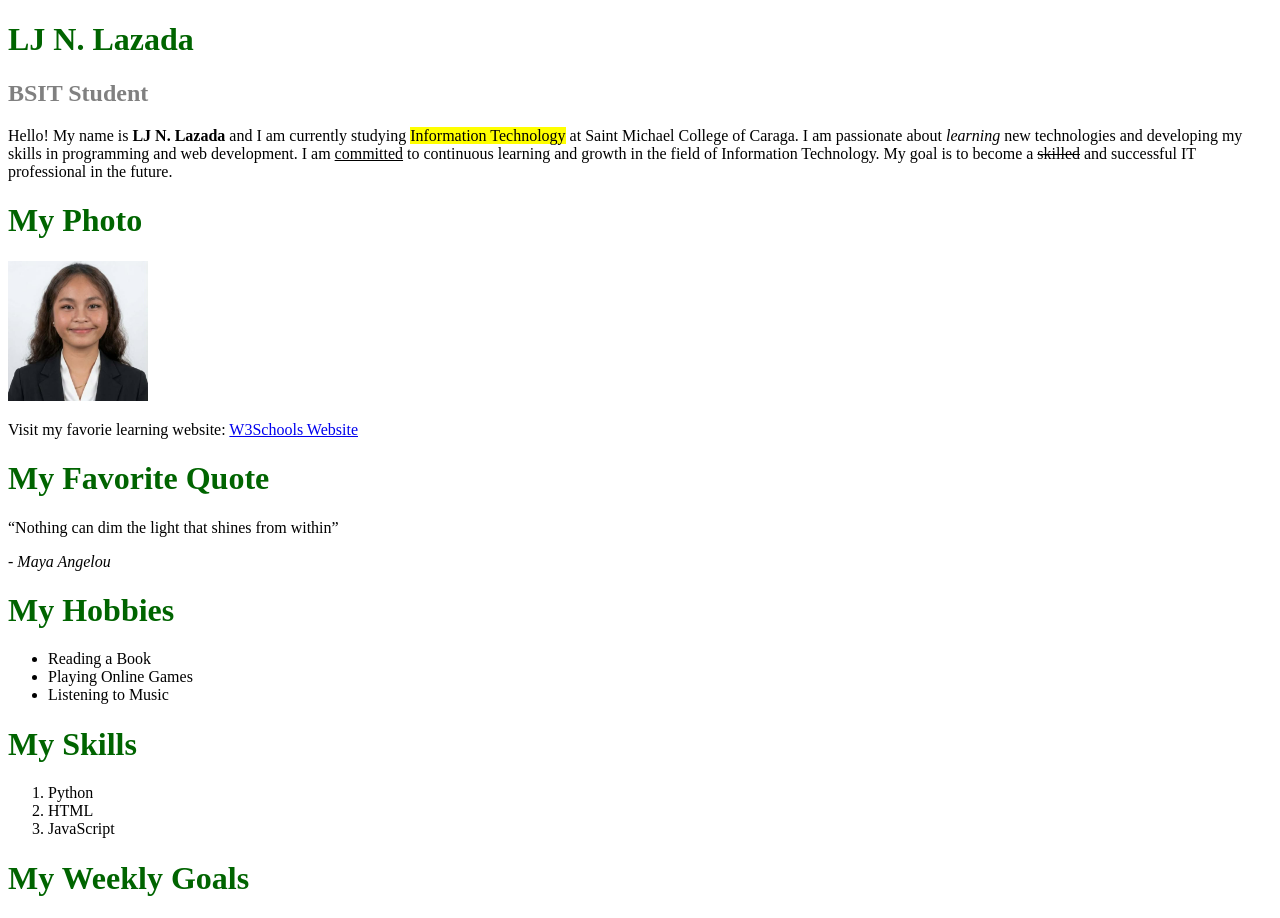
Repository: ljlazada11/myfirsthtml
Page: index.html
An editor plug-in stored every save of this project. The page is shown before and after the next save, followed by the edit.
The browser window is 1280 px wide. The pictures show the whole page.

Above is the page before, as saved 2026-06-24 20:08:33.

### index.html
<!DOCTYPE html>
<html lang="en">
<head>
    <meta charset="UTF-8">
    <meta name="viewport" content="width=device-width, initial-scale=1.0">
    <title>My Personal Web Profile</title>
    <link rel="icon" type="image/x-icon" href="images.png">

</head>
<body>
    <h1 style="color:darkgreen;">LJ N. Lazada</h1>
    <h2 style="color:gray;">BSIT Student</h2>
    <p>Hello! My name is <strong>LJ N. Lazada</strong> and I am currently studying <mark>Information Technology</mark> at Saint Michael College of Caraga. I am passionate about <i>learning</i> new technologies and developing my skills in programming and web development. I am <ins>committed</ins> to continuous learning and growth in the field of Information Technology. My goal is to become a <del>skilled</del> and successful IT professional in the future.</p>
</body>
    <h1 style="color:darkgreen;">My Photo</h1>
    <img src="pic.jpg" alt="My	Profile	Picture" width="140" height="140">
    <p> Visit my favorie learning website: <a href="https://www.w3schools.com/html/default.asp" target="_blank">W3Schools	Website</a></p>

<body>
    <h1 style="color:darkgreen;">My Favorite Quote</h1>
    <p><q>Nothing can dim the light that shines from within</q></p>
    <p><cite>- Maya Angelou</cite></p>
</body>
<body>
    <h1 style="color:darkgreen">My Hobbies</h1>
    <ul>
        <li>Reading a Book</li>
        <li>Playing Online Games</li>
        <li>Listening to Music</li>
    </ul>
</body>
    <h1 style="color:darkgreen">My Skills</h1>
    <ol>
        <li>Python</li>
        <li>HTML</li>
        <li>JavaScript</li>
    </ol>
<body>
    <h1 style="color:darkgreen">My Weekly Goals</h1>

</body>


</html>

After the next save:
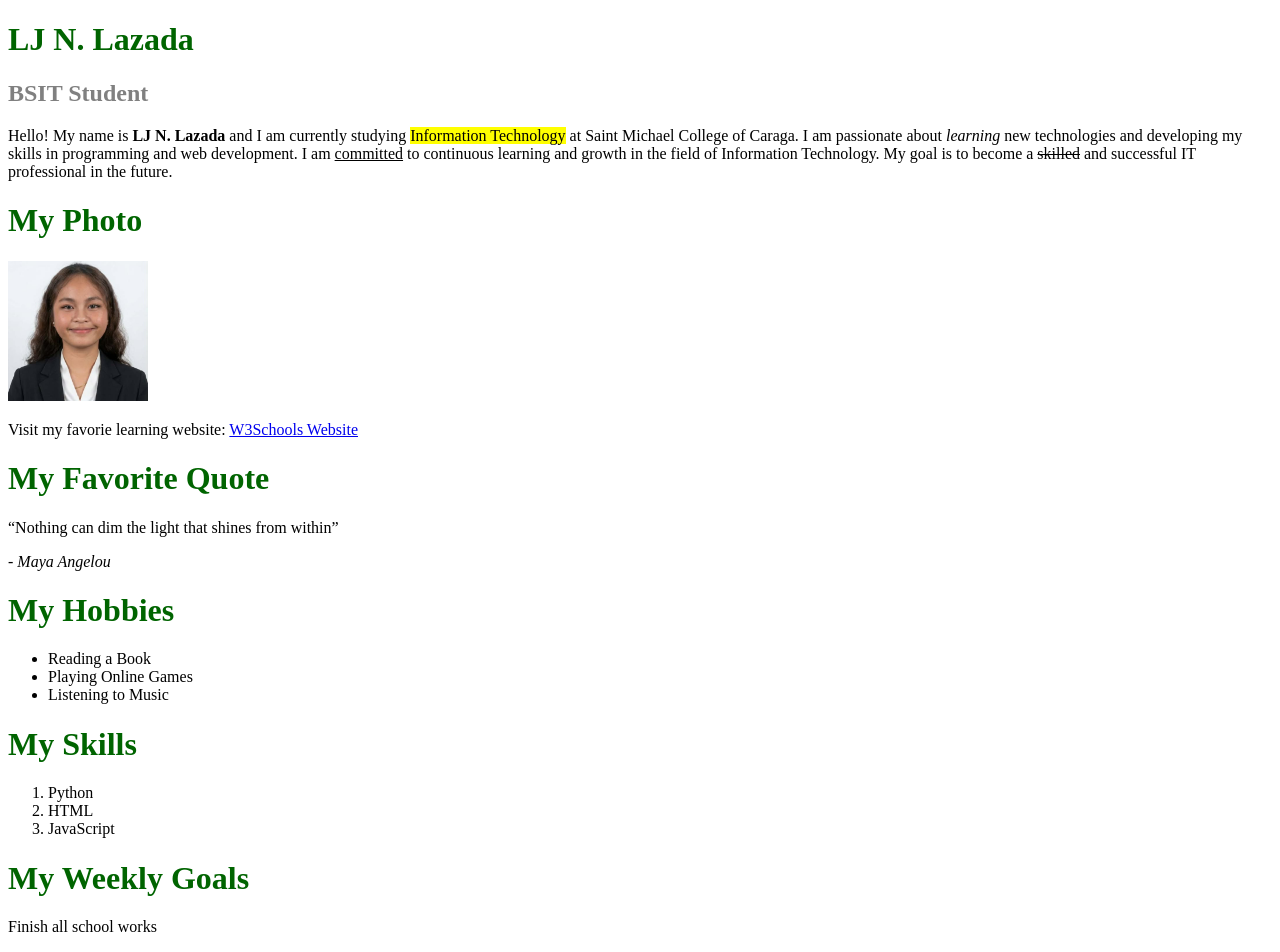
Saved 77 s later.
--- a/index.html
+++ b/index.html
@@ -37,6 +37,9 @@
     </ol>
 <body>
     <h1 style="color:darkgreen">My Weekly Goals</h1>
+    <dl>
+        <dt>Finish all school works</dt>
+    </dl>
 
 </body>
 
